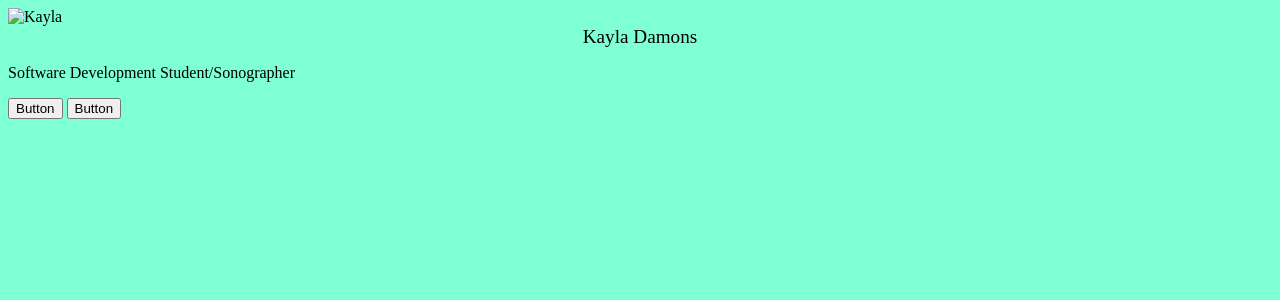
Repository: KaylaDamons/LABlinkinbio
Page: index.html
An editor plug-in stored every save of this project. The page is shown before and after the next save, followed by the edit.
The browser window is 1280 px wide. The pictures show the whole page.

Above is the page before, as saved 2024-01-14 12:17:50.
Not found: 8B2BA252-CB20-4D3B-8FEC-F8A474BC7D2E_1_201_a.jpeg

After the next save:
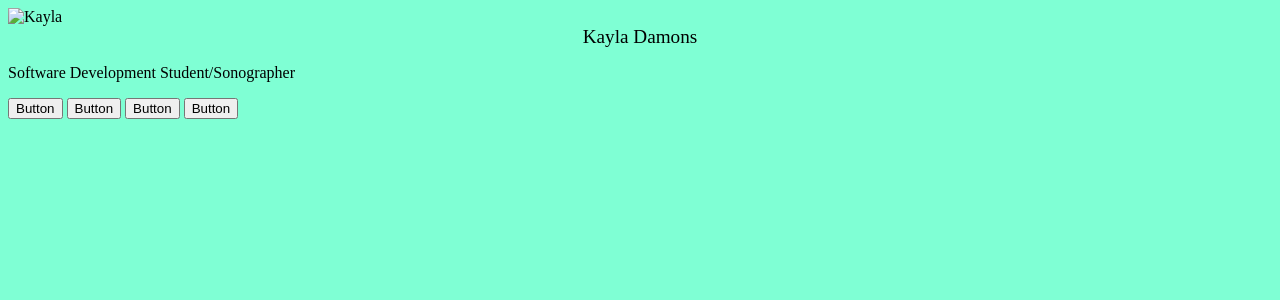
Saved 42 s later.
--- a/index.html
+++ b/index.html
@@ -18,6 +18,8 @@
   <div class="d-grid gap-2 col-6 mx-auto">
     <button class="btn btn-primary" type="button">Button</button>
     <button class="btn btn-primary" type="button">Button</button>
+    <button class="btn btn-primary" type="button">Button</button>
+    <button class="btn btn-primary" type="button">Button</button>
   </div>
 
   </div>
